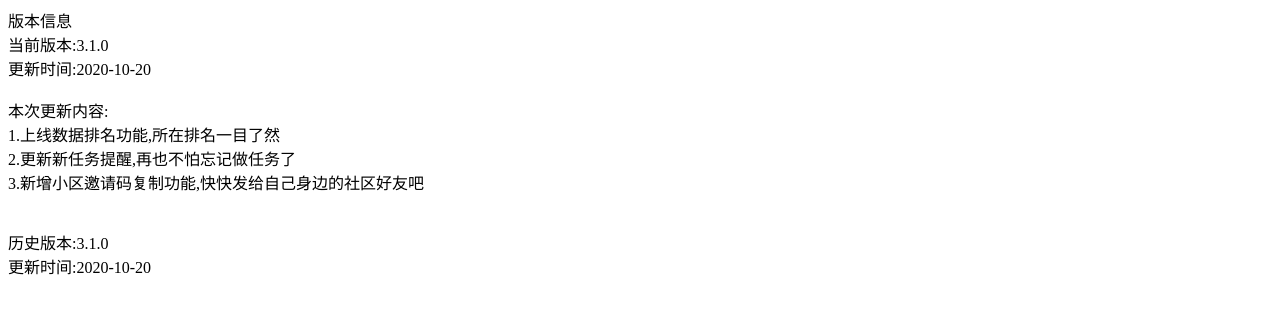
Repository: zhougz9527/yeweihui-v5
Page: yeweihui-admin/src/main/resources/templates/modules/version/version.html
The author's editor kept a copy of each file at every save. The page is drawn from the files as they stood at one save, then again after the next save.
The browser window is 1280 px wide. The pictures show the whole page.

Above is the page before, as saved 2020-10-20 10:42:04.

### yeweihui-admin/src/main/resources/templates/modules/version/version.html
<!DOCTYPE html>
<html>
<head>
    <title>版本信息</title>

    <style>
    </style>

</head>
<body>
<div>
    <div>
        <div>
            版本信息
        </div>
        <div>
            <div>
                当前版本:3.1.0<br/>
                更新时间:2020-10-20<br/>
                <br/>
                本次更新内容: <br/>
                <div>
                    1.上线数据排名功能,所在排名一目了然<br/>
                    2.更新新任务提醒,再也不怕忘记做任务了<br/>
                    3.新增小区邀请码复制功能,快快发给自己身边的社区好友吧<br/>
                    <br/>
                </div>
                    <br/>
                历史版本:3.1.0<br/>
                更新时间:2020-10-20
            </div>
        </div>
    </div>
</div>

</body>
</html>

After the next save:
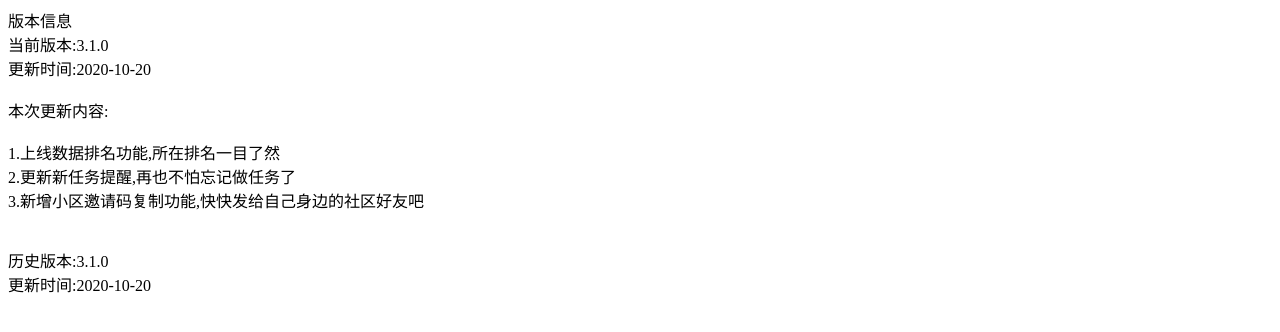
Saved 16 s later.
--- a/yeweihui-admin/src/main/resources/templates/modules/version/version.html
+++ b/yeweihui-admin/src/main/resources/templates/modules/version/version.html
@@ -18,7 +18,7 @@
                 当前版本:3.1.0<br/>
                 更新时间:2020-10-20<br/>
                 <br/>
-                本次更新内容: <br/>
+                <div>本次更新内容:</div> <br/>
                 <div>
                     1.上线数据排名功能,所在排名一目了然<br/>
                     2.更新新任务提醒,再也不怕忘记做任务了<br/>
